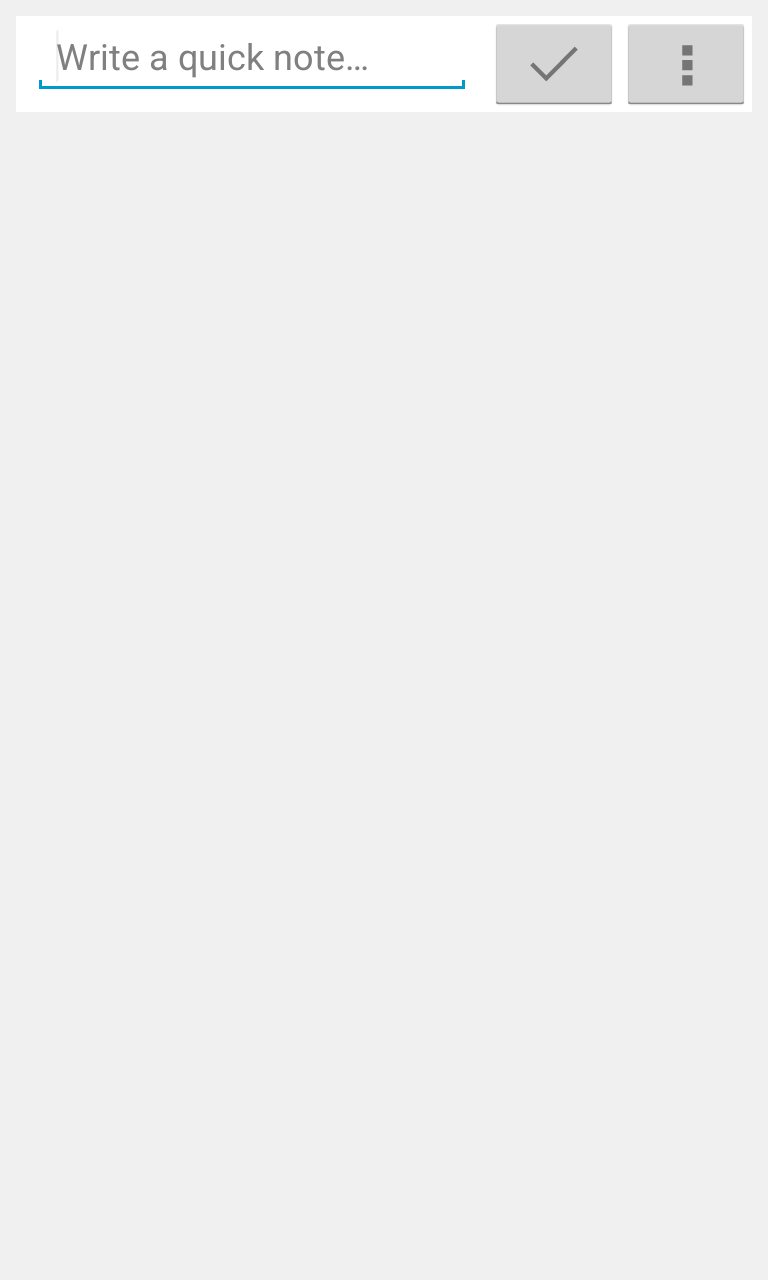
Repository: IrisAmp/fuzzy-octo-cmput301-proj
Layout: 301NotePrime/res/layout/activity_main.xml
An editor plug-in stored every save of this project. The layout is shown before and after a run of saves, followed by the edit.
It is drawn on a 768 x 1280 px phone screen (xhdpi) without system bars, with theme AppTheme; the app's code is not run. Lists and similar views that code fills are empty.

Above is the layout before, as saved 2014-09-17 15:06:59.

After the next 2 saves:
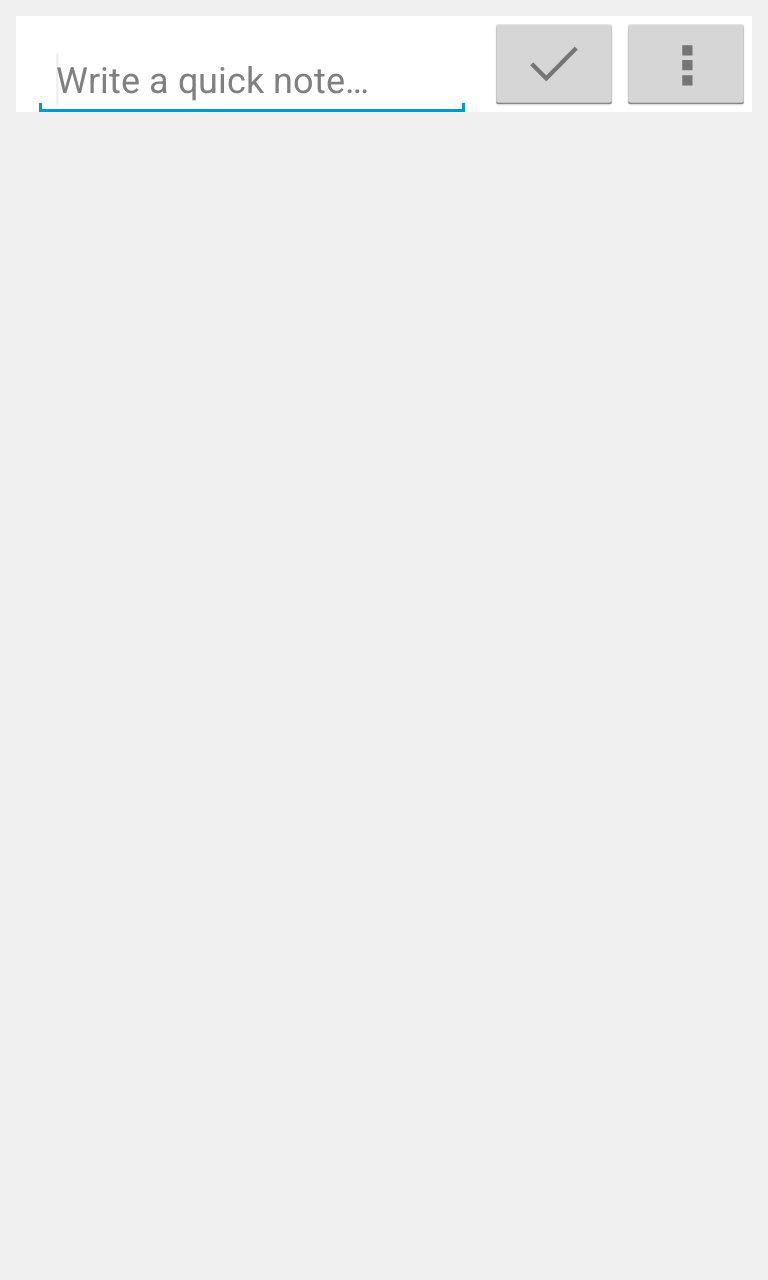
The 2 saves are shown as one change because they came seconds apart.
The last was saved 43 s later.
--- a/301NotePrime/res/layout/activity_main.xml
+++ b/301NotePrime/res/layout/activity_main.xml
@@ -23,7 +23,7 @@
             android:layout_width="wrap_content"
             android:layout_height="wrap_content"
             android:layout_weight="1"
-            android:layout_gravity="bottom"
+            android:layout_gravity="center"
             android:layout_marginTop="@dimen/activity_vertical_less_margin"
             android:layout_marginLeft="@dimen/activity_vertical_less_margin"
             android:layout_marginRight="@dimen/activity_vertical_less_margin" >
